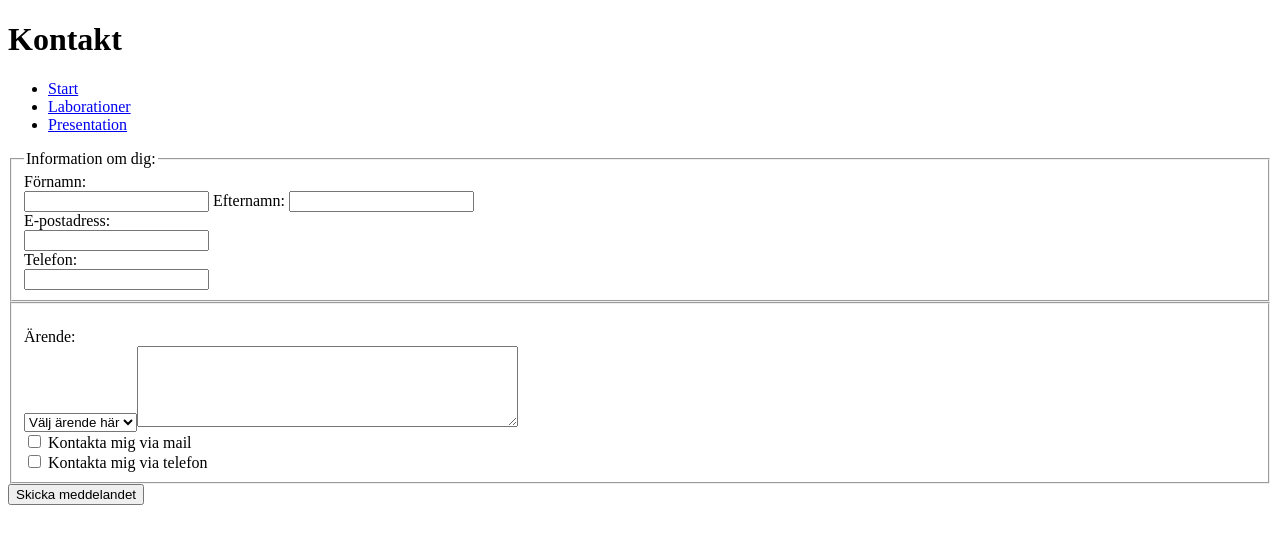
Repository: Martin-Carlsson85/HTML-och-CSS
Page: pages/kontakt.html
The author's editor kept a record of every edit. The page is drawn from the files as they stood at one moment, then again after the next edit.
The browser window is 1280 px wide. The pictures show the whole page.

Above is the page before.

### pages/kontakt.html
<!doctype html>
<html lang="sv">
    <head>
        <meta charset="utf-8" />

        <title>Kontakt</title>

    </head>

<h1>Kontakt</h1>

<ul>
    <li><a href="../index.html">Start</a></li>

    <li><a href="laborationer.html">Laborationer</a></li>

    <li><a href="presentation.html">Presentation</a></li>
</ul>

<form id="form" name="form" method="post" action="http://voyager.lnu.se/tekinet/kurser/dtt/wp_webbintro/form.php">

        <fieldset>
            <legend>Information om dig:</legend>

            Förnamn:<br />
            <input type="text" name="fnamn" id="fnamn" />

            Efternamn:
            <input type="text" name="enamn" id="enamn" /> <br />

            E-postadress:<br />
            <input type="text" name="epost" id="epost" /> <br />

            Telefon:<br />
            <input type="text" name="epost" id="epost" />

        </fieldset>
        <fieldset>
<label for="select"><br />
Ärende:</label><br />

<select name="favoritarstid" id="favoritarstid">
<option> Välj ärende här </option>
<option value="var"> Synpunkter </option>
<option value="var"> Frågor </option>

Meddelande:<br />
<textarea name="meddelande" id="meddelande" cols="45" rows="5"></textarea> <br />

<input type="checkbox" name="favoritarstid" id="sommar" value="sommar"/>
<label for="sommar">Kontakta mig via mail</label> <br />

<input type="checkbox" name="favoritarstid" id="host" value="host"/>
<label for="host">Kontakta mig via telefon</label> <br />

        </fieldset>

<input type="submit" name="skicka" id="skicka" value="Skicka meddelandet" />

</form>

After the next edit:
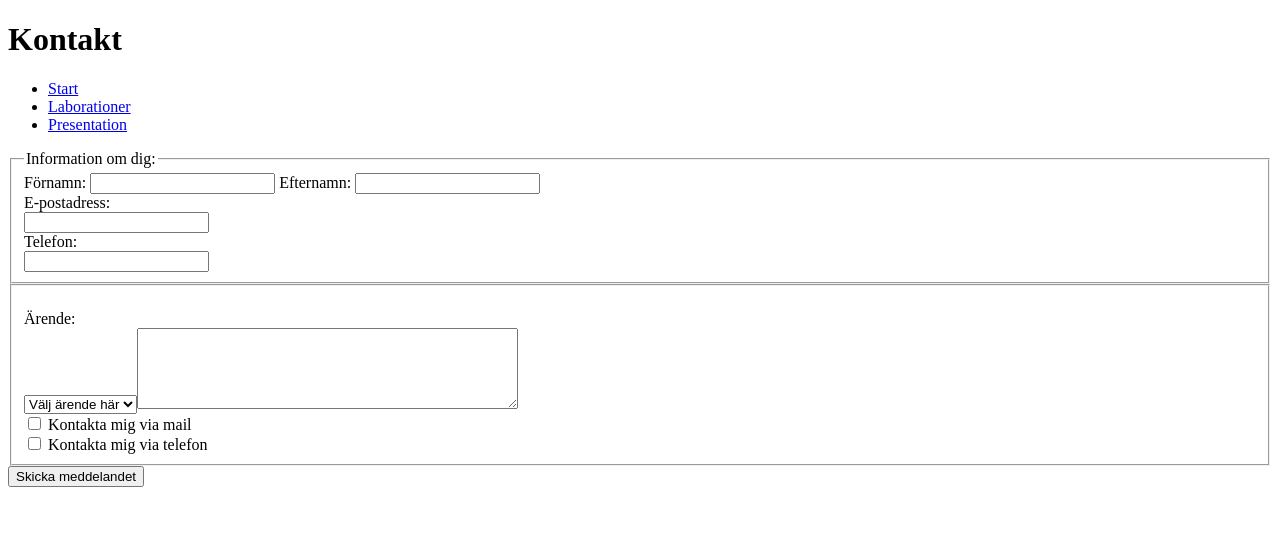
The edit:
--- a/pages/kontakt.html
+++ b/pages/kontakt.html
@@ -22,7 +22,7 @@
         <fieldset>
             <legend>Information om dig:</legend>
 
-            Förnamn:<br />
+            Förnamn:
             <input type="text" name="fnamn" id="fnamn" />
 
             Efternamn:
